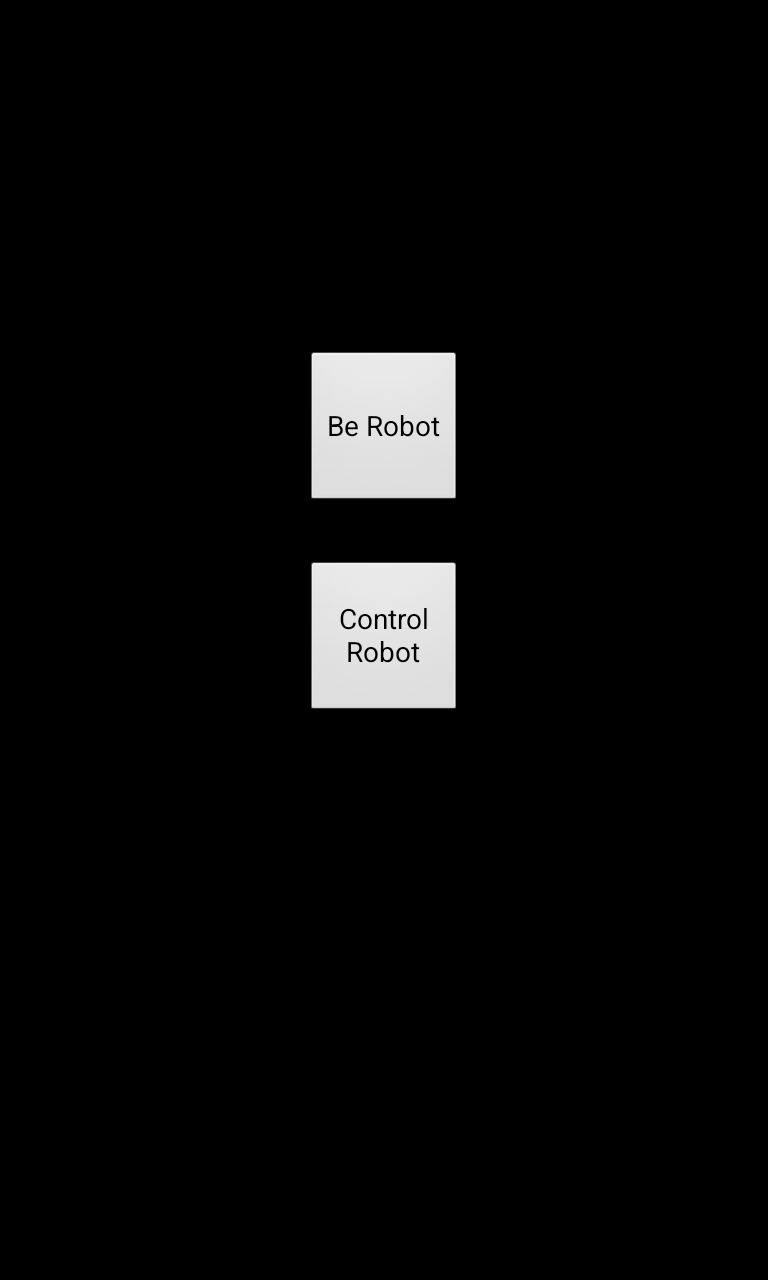
Repository: L8/open_robot
Layout: Android/TouchRobot/res/layout/main.xml
The author's editor kept a copy of each file at every save. The layout is drawn from the files as they stood at one save, then again after the next save.
It is drawn on a 768 x 1280 px phone screen (xhdpi) without system bars, with theme android:Theme; the app's code is not run.

Above is the layout before, as saved 2010-10-17 21:32:52.

After the next save:
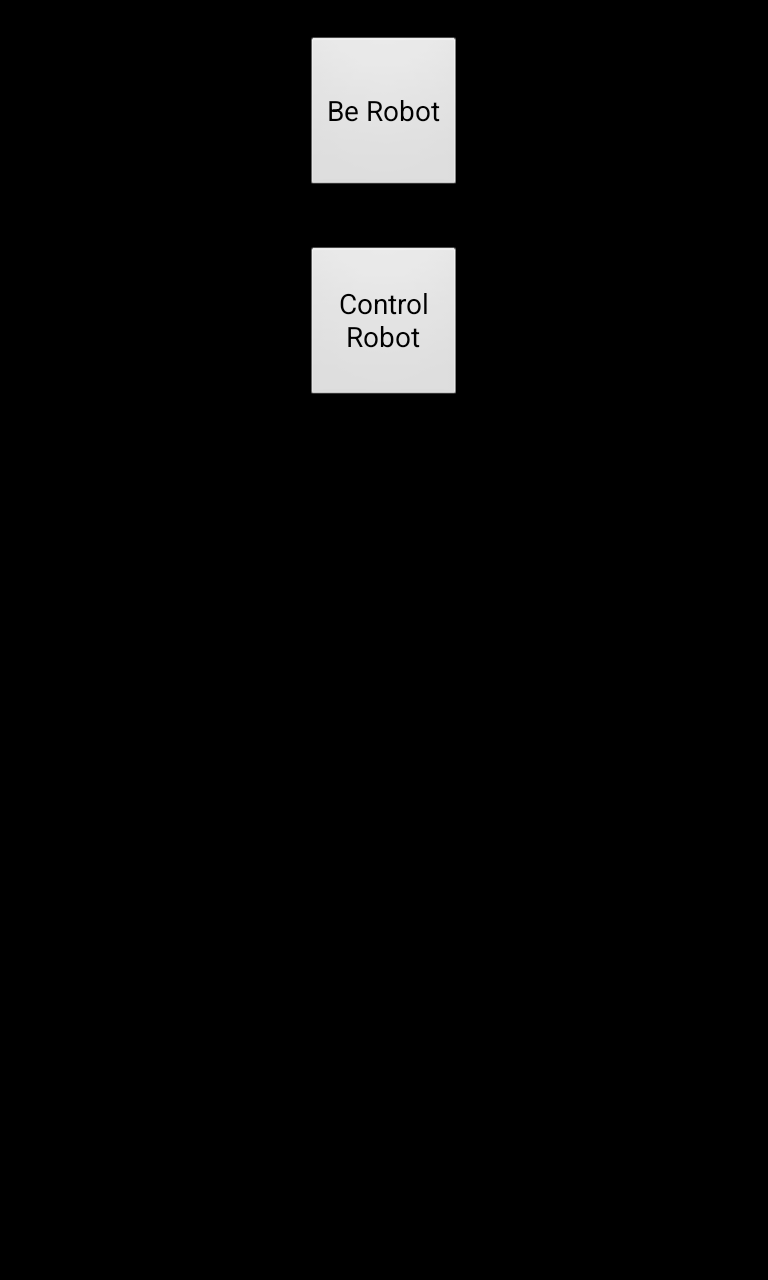
Saved 8 s later.
--- a/Android/TouchRobot/res/layout/main.xml
+++ b/Android/TouchRobot/res/layout/main.xml
@@ -11,7 +11,7 @@
   		android:background="#FF000000"
   		android:gravity="center_vertical"
   		android:layout_width="15px"
-  		android:layout_height="350px"
+  		android:layout_height="35px"
   		android:visibility="invisible"/>
 
   	<Button android:id="@+id/on_robot_activity_button"
